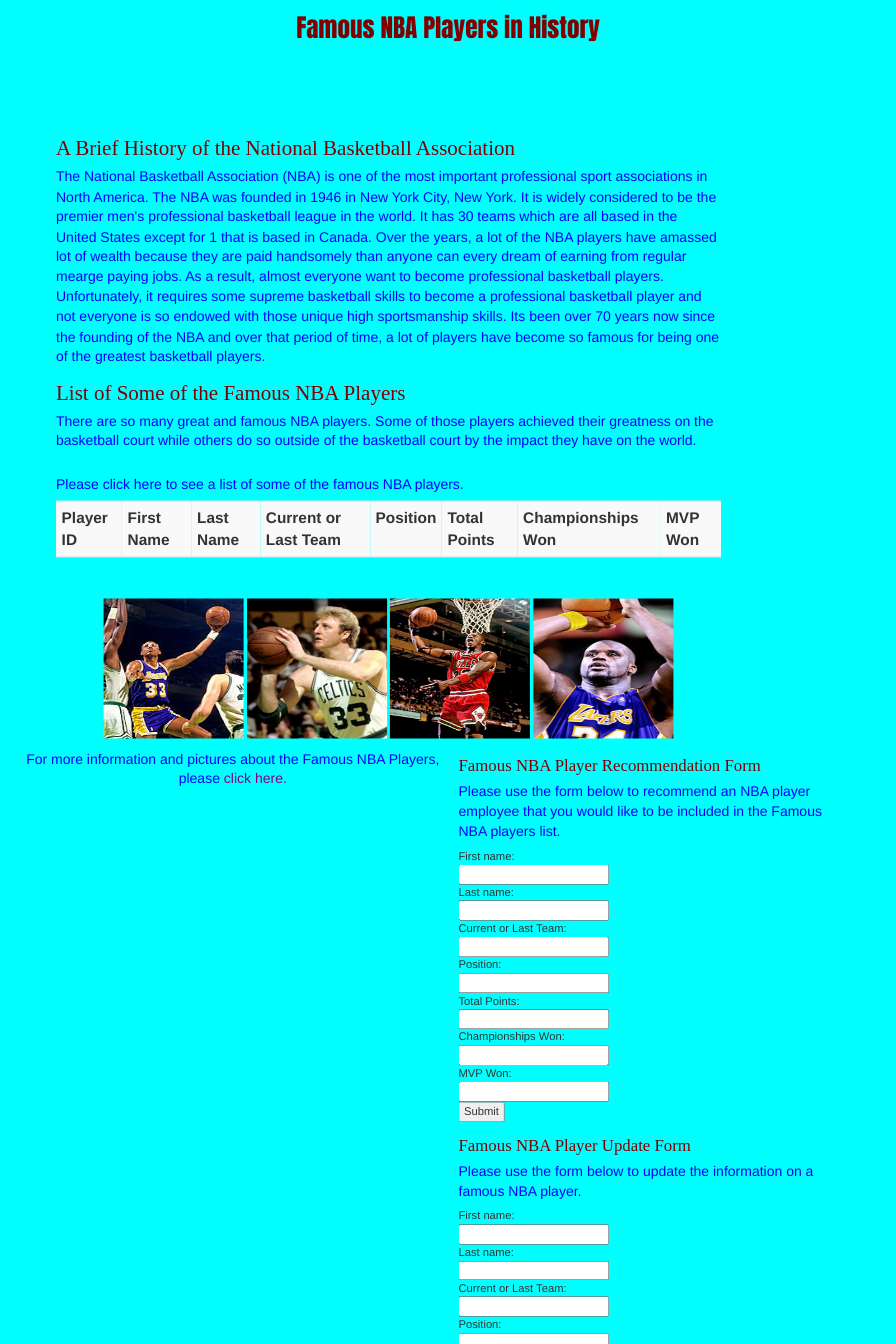
Repository: myjavaweb2/Week5JDBCAssignments
Page: myweek5project/src/main/webapp/indexplayer.html
An editor plug-in stored every save of this project. The page is shown before and after the next save, followed by the edit.
The browser window is 1280 px wide. The pictures show the part of the page from y = 0 to 1920 px (the page is 2656 px tall before and 2636 px after), at 70% of full size.

Above is the page before, as saved 2016-09-03 02:09:51.

### myweek5project/src/main/webapp/indexplayer.html
<!DOCTYPE html>
<html>
<head>
<meta charset="ISO-8859-1">
<title>Famous NBA Players</title>

<!-- Latest compiled and minified CSS -->
<link rel="stylesheet"
	href="https://maxcdn.bootstrapcdn.com/bootstrap/3.3.7/css/bootstrap.min.css"
	integrity="sha384-BVYiiSIFeK1dGmJRAkycuHAHRg32OmUcww7on3RYdg4Va+PmSTsz/K68vbdEjh4u"
	crossorigin="anonymous">

<link rel="stylesheet" type="text/css" href="player.css">

</head>
<body>

	<header>

		<h1>Famous NBA Players in History</h1>

	</header>

	<main>

	<h2>A Brief History of the National Basketball Association</h2>

	<p>The National Basketball Association (NBA) is one of the most
		important professional sport associations in North America. The NBA
		was founded in 1946 in New York City, New York. It is widely
		considered to be the premier men's professional basketball league in
		the world. It has 30 teams which are all based in the United States
		except for 1 that is based in Canada. Over the years, a lot of the NBA
		players have amassed lot of wealth because they are paid handsomely
		than anyone can every dream of earning from regular mearge paying
		jobs. As a result, almost everyone want to become professional
		basketball players. Unfortunately, it requires some supreme basketball
		skills to become a professional basketball player and not everyone is
		so endowed with those unique high sportsmanship skills. Its been over
		70 years now since the founding of the NBA and over that period of
		time, a lot of players have become so famous for being one of the
		greatest basketball players.</p>

	<h2>List of Some of the Famous NBA Players</h2>

	<p>There are so many great and famous NBA players. Some of those
		players achieved their greatness on the basketball court while others
		do so outside of the basketball court by the impact they have on the
		world.</p>
	<br>

	<p>Please click here to see a list of some of the famous NBA
		players.</p>

	<table class="table table-striped";">
		<tr>
			<th>Player ID</th>
			<th>First Name</th>
			<th>Last Name</th>
			<th>Current or Last Team</th>
			<th>Position</th>
			<th>Total Points</th>
			<th>Championships Won</th>
			<th>MVP Won</th>
		</tr>
		<tr>
			<td></td>
			<td></td>
			<td></td>
			<td></td>
			<td></td>
			<td></td>
			<td></td>
			<td></td>
		</tr>

	</table>

	<div><br>
	<img alt="Kareem Abdul-Jabbar" src="images/Abdul_Jabbar.jpg" width="200px" height="200px">
	<img alt="Larry Bird" src="images/Larry_Bird.jpg" width="200px" height="200px">
	<img alt="Michael Jordan" src="images/Jordan.jpg" width="200px" height="200px">
	<img alt="Shaquille O'Neal" src="images/Shaquille_O'Neal.jpg" width="200px" height="200px">
	</div>
	</main>
	<aside>
		<h3>Famous NBA Player Recommendation Form</h3>



		<p>Please use the form below to recommend an NBA player employee
			that you would like to be included in the Famous NBA players list.</p>

		<form action="addToDB" method="post">
			First name:<br> <input type="text" name="first_name"><br>
			Last name:<br> <input type="text" name="last_name"><br>
			Current or Last Team:<br> <input type="text"
				name="current_last_team"><br> Position:<br> <input
				type="text" name="position"><br> Total Points:<br>
			<input type="text" name="total_points"><br>
			Championships Won:<br> <input type="text"
				name="championships_won"><br> MVP Won:<br> <input
				type="text" name="mvp_won"><br> <input type="submit"
				value="Submit">
		</form>

		<h3>Famous NBA Player Update Form</h3>

		<p>Please use the form below to update the information on a famous
			NBA player.</p>

		<form action="updateToDB" method="post">
			First name:<br> <input type="text" name="first_name"><br>
			Last name:<br> <input type="text" name="last_name"><br>
			Current or Last Team:<br> <input type="text"
				name="current_last_team"><br> Position:<br> <input
				type="text" name="position"><br> Total Points:<br>
			<input type="text" name="total_points"><br>
			Championships Won:<br> <input type="text"
				name="championships_won"><br> MVP Won:<br> <input
				type="text" name="mvp_Won"><br> <input type="submit"
				value="Submit">
		</form>

		<h3>Famous NBA Player Deletion Form</h3>

		<p>Please use the form below to delete the name of a famous NBA
			player from the list of the Famous NBA players.</p>

		<form action="deleteFromDB" method="post">
			First name:<br> <input type="text" name="first_name"><br>
			Last name:<br> <input type="text" name="last_name"><br>
			Current or Last Team:<br> <input type="text"
				name="current_last_team"><br> Position:<br> <input
				type="text" name="position"><br> Total Points:<br>
			<input type="text" name="total_points"><br>
			Championships Won:<br> <input type="text"
				name="championships_won"><br> MVP Won:<br> <input
				type="text" name="mvp_Won"><br> <input type="submit"
				value="Submit">
		</form>



	</aside>

	<footer>



		<p>
			For more information and pictures about the Famous NBA Players,
			please <a
				href="https://en.wikipedia.org/wiki/National_Basketball_Association/"
				target="_blank">click here.</a>
		</p>


	</footer>

</body>
</html>

### myweek5project/src/main/webapp/player.css
html, body {
	margin: 0;
	padding: 0;
	border: 0;
	font-size: 100%;
	background-color: aqua;
}

header {
	height: 135px;
}

div {
	text-align: center;
}

main {
	width: 950px;
	background-color: aqua;
	float: left;
	padding-left: 0;
	padding-right: 0;
	position: relative;
	right: 20px;
  	left: 80px;
  	top: 20px;
  	bottom: 15px;
}

aside {
	width: 650px;
	background-color: aqua;
	float: right;
	padding: 25px;
	padding-right: 100px;
}

footer {
	clear: left;
	padding: 35px;
	border: 5px;
	text-align: center;
}

p {
	font-style: Times New Roman, Tahoma, sans serif;
	font-size: 20px;
	color: blue;
}

h1, h2, h3 {
	font-family: fantasy, serif;
	color:maroon;
}

h1 {
	font-family: "Helvetica-Bold",Impact, sans serif;
	text-align: center;

}

ul {
	color:teal;
	font-size: 20px;
}

th {
	color: blue bold;
	font-size: 22px;
}

td {
	color:teal;
	font-size: 20px;
}

a {
	color: purple;
	text-decoration: none;
}

a:hover {

    text-decoration: line-through;
}

After the next save:
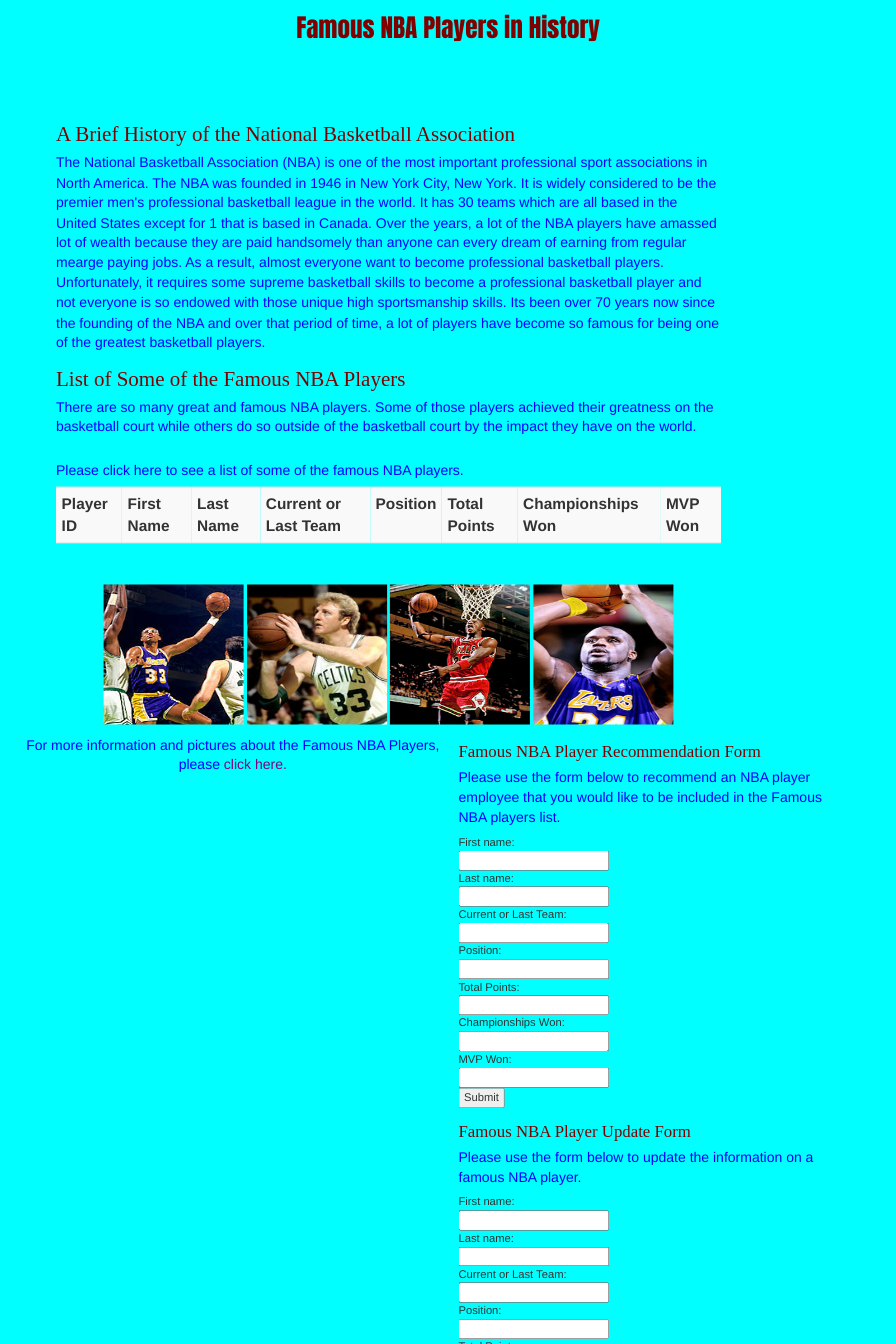
Saved 2 min 32 s later.
--- a/myweek5project/src/main/webapp/indexplayer.html
+++ b/myweek5project/src/main/webapp/indexplayer.html
@@ -140,21 +140,15 @@
 				value="Submit">
 		</form>
 
-
-
 	</aside>
 
 	<footer>
 
-
-
 		<p>
 			For more information and pictures about the Famous NBA Players,
-			please <a
-				href="https://en.wikipedia.org/wiki/National_Basketball_Association/"
+			please <a href="https://en.wikipedia.org/wiki/National_Basketball_Association/"
 				target="_blank">click here.</a>
 		</p>
-
 
 	</footer>
 
--- a/myweek5project/src/main/webapp/player.css
+++ b/myweek5project/src/main/webapp/player.css
@@ -7,7 +7,7 @@
 }
 
 header {
-	height: 135px;
+	height: 115px;
 }
 
 div {
